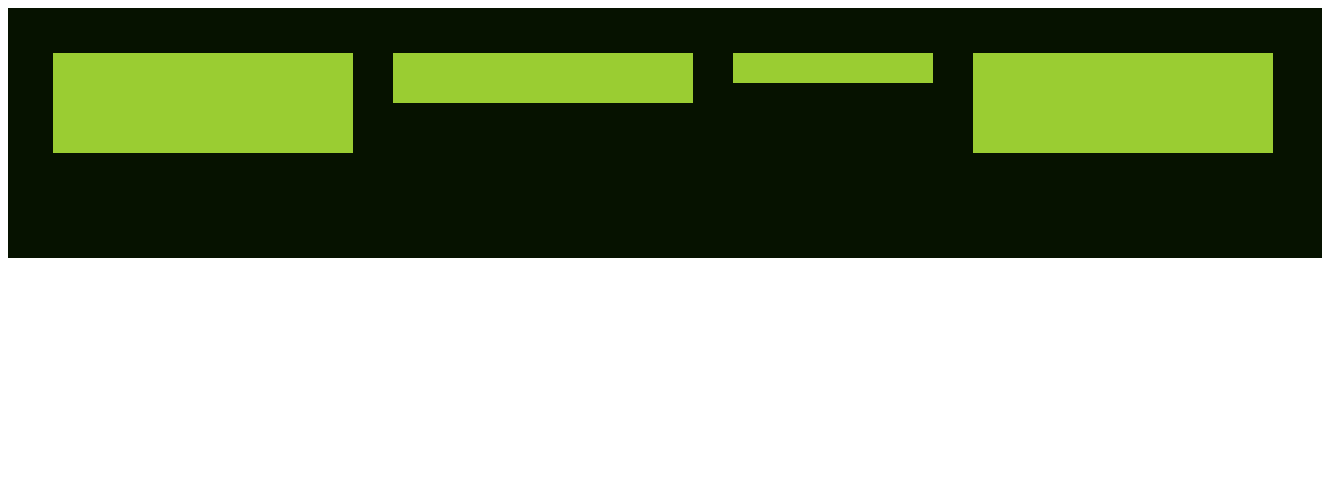
Repository: noahmah/DynamicContentDesign
Page: index.html
These files come from the project's save history. The page is drawn as it stood at one moment and after the next save; the edit follows.
The browser window is 1280 px wide. The page is 1322 px wide, so the pictures cover 1322 px, including what lies to the right of the window. The pictures show the whole page.

Above is the page before, as saved 2020-02-13 14:32:58.

After the next save:
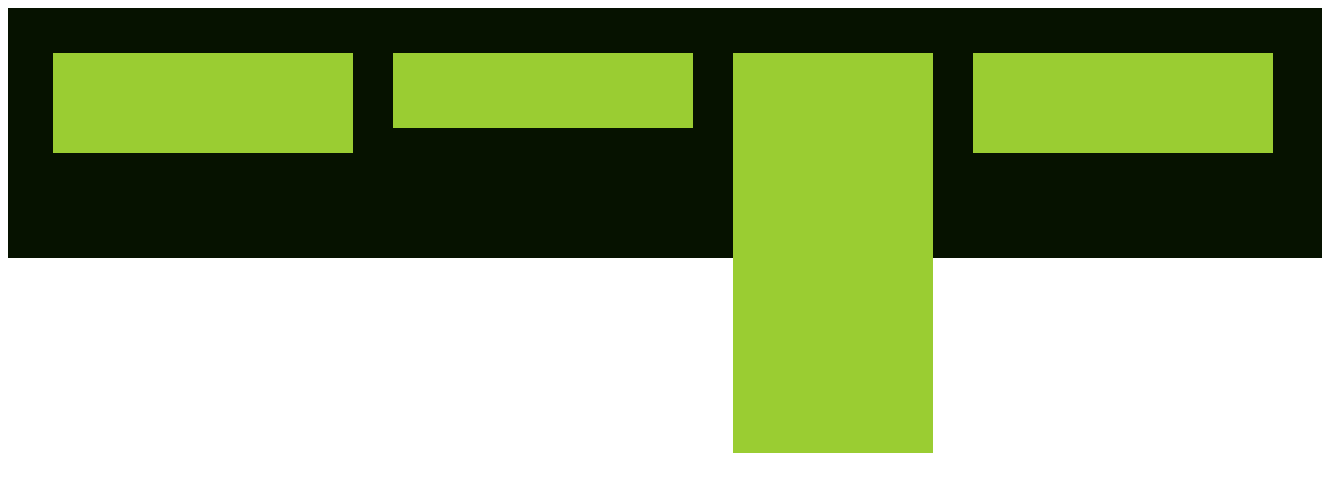
Saved 16 s later.
--- a/footer.css
+++ b/footer.css
@@ -18,12 +18,12 @@
 
 .Object2 {
     width: 300px;
-    height: 50px;
+    height: 75px;
 }
 
 .Object3 {
     width: 200px;
-    height: 30px;
+    height: 400px;
 }
 
 .Object4 {
